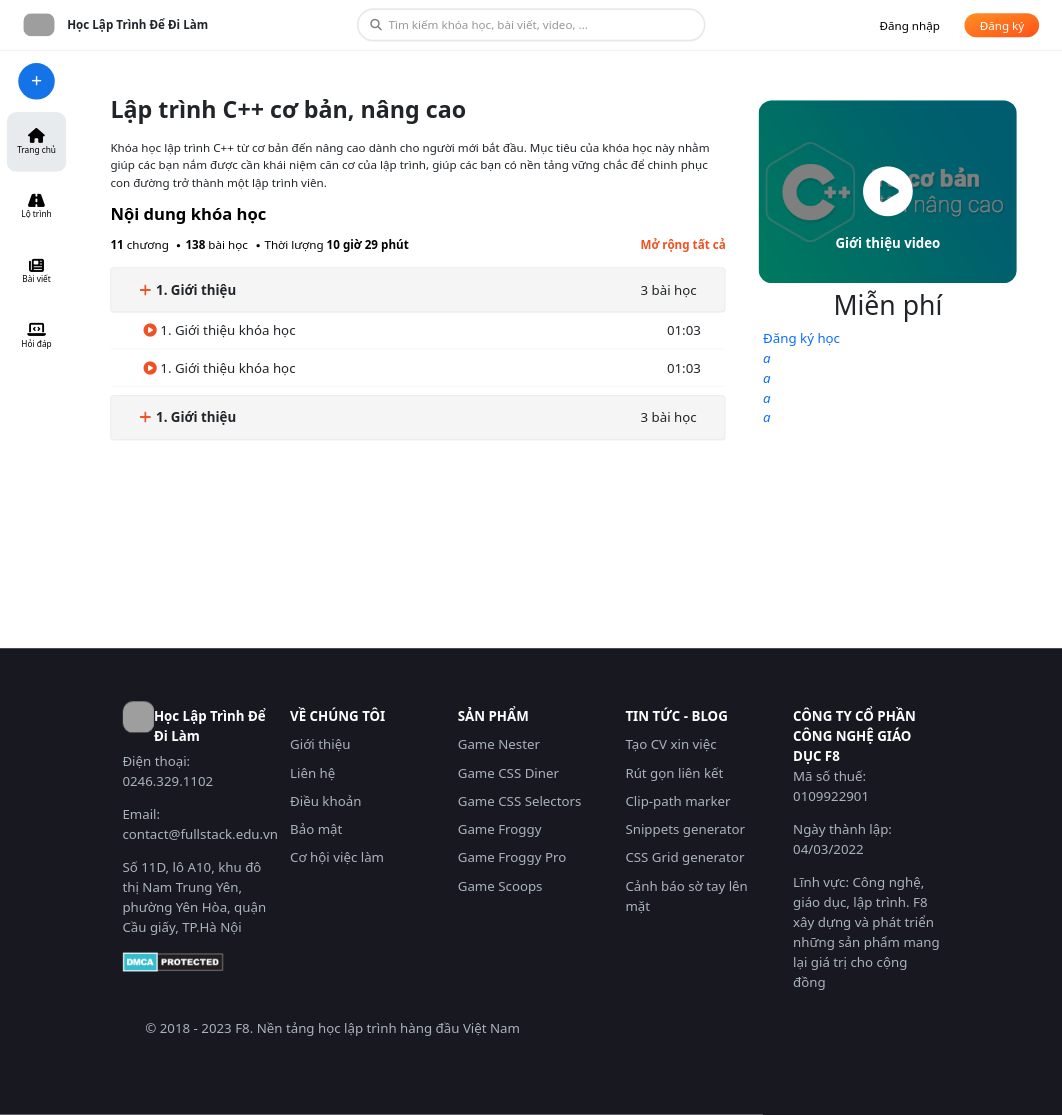
Repository: Quoc-Thang/projectasm
Page: introcourse.html
The author's editor kept a copy of each file at every save. The page is drawn from the files as they stood at one save, then again after the next save.
The browser window is 1280 px wide. The pictures show the whole page, at 83% of full size.
Pictures or frames that could not be fetched are drawn as grey boxes. Some web libraries are served in a nearby version.

Above is the page before, as saved 2023-11-30 23:04:57.

After the next save:
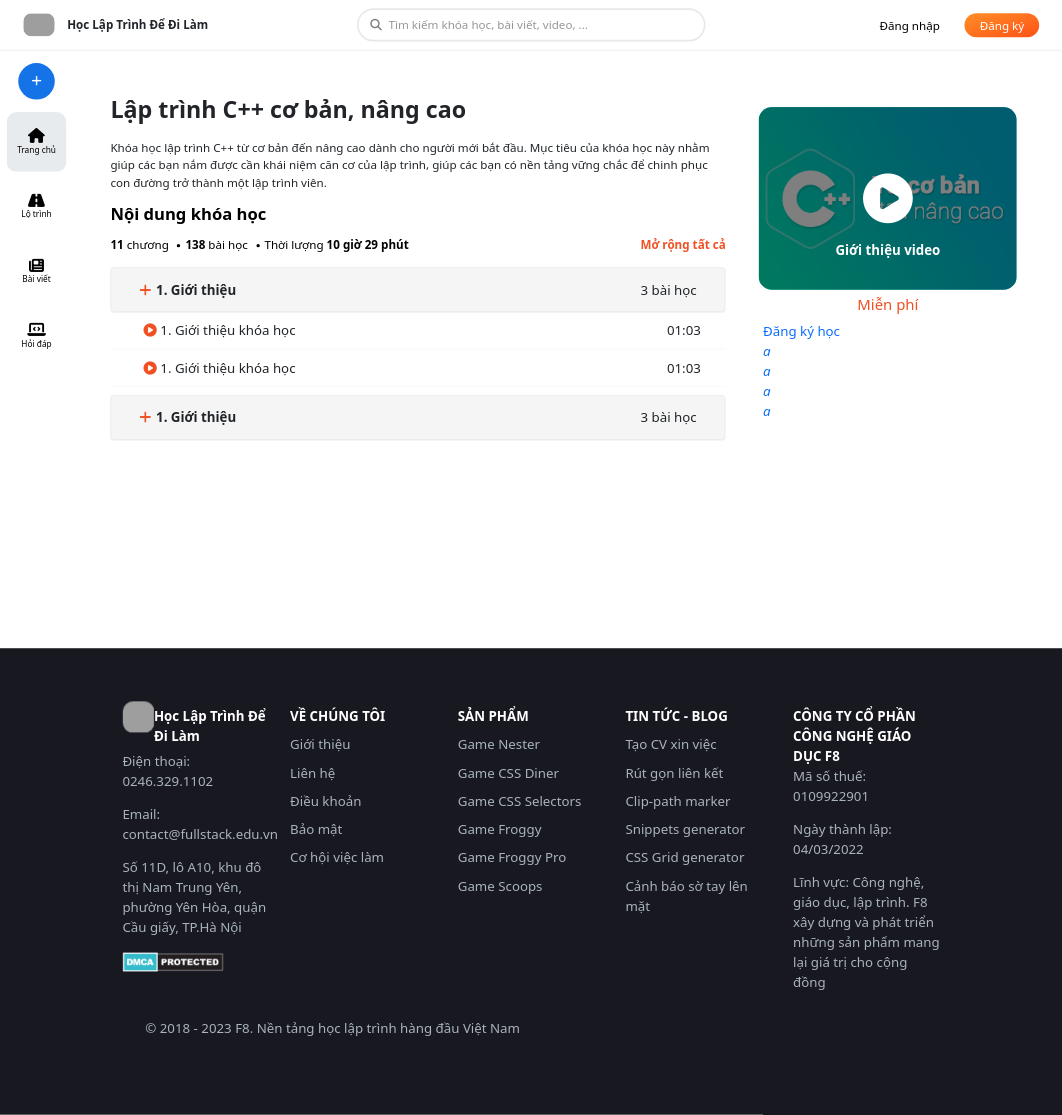
Saved 3 min 21 s later.
--- a/view/assets/css/introcourse.css
+++ b/view/assets/css/introcourse.css
@@ -200,6 +200,8 @@
 .pee-course h2 {
   text-align: center;
   margin: 8px 0;
+  font-size: 18px;
+  color: var(--primary-color);
 }
 
 .list-intro-course {
